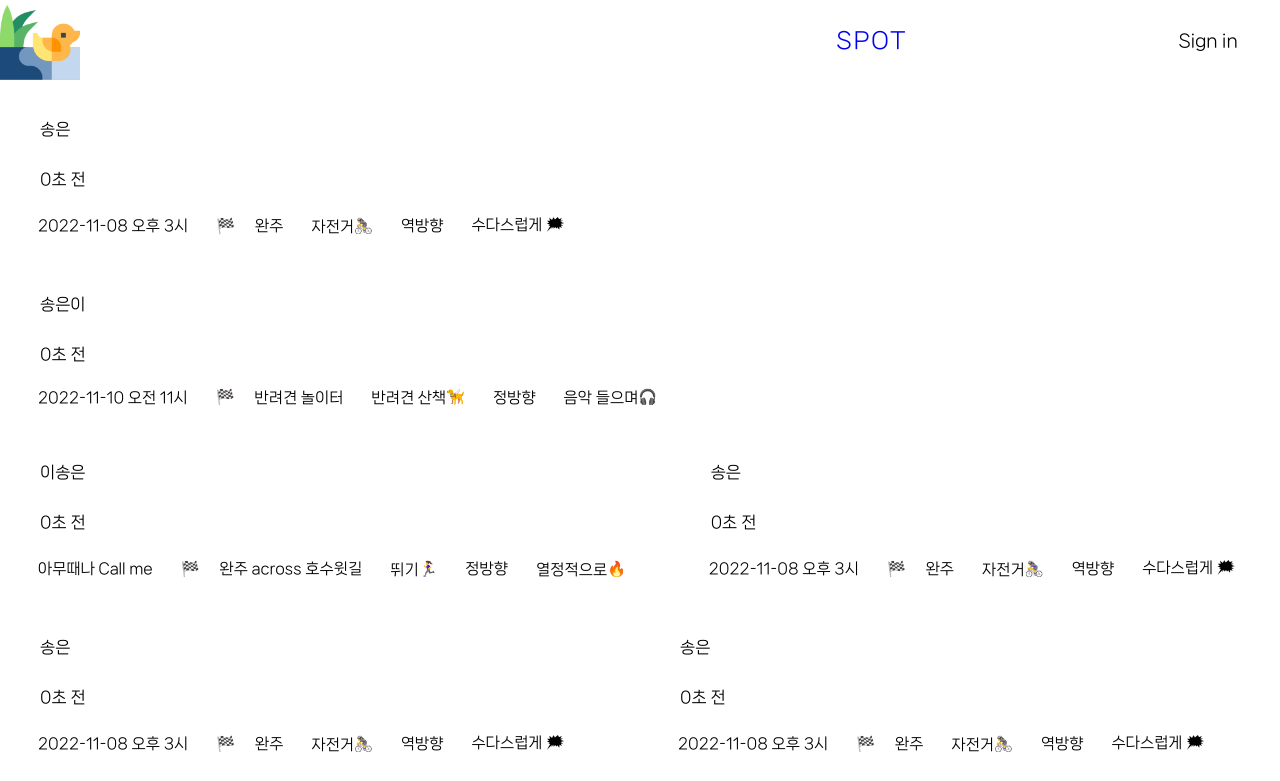
Repository: songeunleee/youngrangho
Page: /
These files come from the project's save history. The page is drawn as it stood at one moment and after a run of saves; the edit follows.
The browser window is 1280 px wide. The pictures show the whole page.
Some web libraries are served in a nearby version. The project was rebuilt for these pictures with package versions that can differ from the ones it lists, and the page was loaded fresh each time. Some packages were replaced by stand-ins written for this rebuild. Also part of the build but not shown: src/app.module.css, src/components/activity/activity.module.css, src/components/footer/footer.module.css, src/components/footer/footer.jsx, src/components/home/home.module.css, src/components/home/home.jsx, src/components/add_spot/add_spot.module.css, src/components/add_spot/add_spot.jsx and 6 more.

Above is the page before, as saved 2022-11-08 19:05:56.

### public/index.html
<!DOCTYPE html>
<html lang="en">
  <head>
    <meta charset="utf-8" />
    <script src="https://cdn.jsdelivr.net/npm/sweetalert2@10"></script>
    <script
      src="https://kit.fontawesome.com/7fb71a1d7b.js"
      crossorigin="anonymous"
    ></script>
    <link rel="icon" href="%PUBLIC_URL%/favicon.ico" />
    <meta name="viewport" content="width=device-width, initial-scale=1" />
    <meta name="theme-color" content="#000000" />
    <link rel="preconnect" href="https://fonts.googleapis.com" />
    <link rel="preconnect" href="https://fonts.gstatic.com" crossorigin />
    <link
      href="https://fonts.googleapis.com/css2?family=Noto+Sans+KR:wght@100;300;400&family=Noto+Serif+KR:wght@200;400&family=Varela+Round&display=swap"
      rel="stylesheet"
    />

    <meta
      name="description"
      content="Web site created using create-react-app"
    />
    <link rel="apple-touch-icon" href="%PUBLIC_URL%/logo192.png" />
    <!--
      manifest.json provides metadata used when your web app is installed on a
      user's mobile device or desktop. See https://developers.google.com/web/fundamentals/web-app-manifest/
    -->
    <link rel="manifest" href="%PUBLIC_URL%/manifest.json" />
    <!--
      Notice the use of %PUBLIC_URL% in the tags above.
      It will be replaced with the URL of the `public` folder during the build.
      Only files inside the `public` folder can be referenced from the HTML.

      Unlike "/favicon.ico" or "favicon.ico", "%PUBLIC_URL%/favicon.ico" will
      work correctly both with client-side routing and a non-root public URL.
      Learn how to configure a non-root public URL by running `npm run build`.
    -->
    <title>React App</title>
  </head>
  <body>
    <noscript>You need to enable JavaScript to run this app.</noscript>
    <div id="root"></div>
    <!--
      This HTML file is a template.
      If you open it directly in the browser, you will see an empty page.

      You can add webfonts, meta tags, or analytics to this file.
      The build step will place the bundled scripts into the <body> tag.

      To begin the development, run `npm start` or `yarn start`.
      To create a production bundle, use `npm run build` or `yarn build`.
    -->
  </body>
</html>

### src/index.js
import React from "react";
import ReactDOM from "react-dom/client";
import "./index.css";
import App from "./app";
import { firebaseApp } from "./service/firebase";
import AuthService from "./service/auth_service";
import FileUpload from "./service/file_upload";
import Repository from "./service/repositiry";

const repository = new Repository(firebaseApp);
const fileUpload = new FileUpload(firebaseApp);
const authService = new AuthService(firebaseApp);

const root = ReactDOM.createRoot(document.getElementById("root"));
root.render(
  <React.StrictMode>
    <App
      authService={authService}
      fileUpload={fileUpload}
      repository={repository}
    />
  </React.StrictMode>
);

### src/index.css
@font-face {
  font-family: "font1";
  src: url("../public/fonts/NanumSquareNeo-aLt.ttf") format("truetype");
  font-weight: normal;
}

@font-face {
  font-family: "font2";
  src: url("../public/fonts/NanumSquareNeo-bRg.ttf") format("truetype");
  font-weight: bold;
}

@font-face {
  font-family: "font3";
  src: url("../public/fonts/NanumSquareNeo-cBd.ttf") format("truetype");
  font-weight: bold;
}

@font-face {
  font-family: "font4";
  src: url("../public/fonts/NanumSquareNeo-eHv.ttf") format("truetype");
  font-weight: bold;
}
body {
  margin: 0;
  font-family: -apple-system, BlinkMacSystemFont, "Segoe UI", "Roboto", "Oxygen",
    "Ubuntu", "Cantarell", "Fira Sans", "Droid Sans", "Helvetica Neue",
    sans-serif;
  -webkit-font-smoothing: antialiased;
  -moz-osx-font-smoothing: grayscale;
  height: 100%;
}

code {
  font-family: source-code-pro, Menlo, Monaco, Consolas, "Courier New",
    monospace;
}
html {
}
#root {
  margin: 0;
  display: flex;
  flex-direction: column;
  height: 100%;
}

### src/app.jsx
import { useEffect, useState } from "react";
import { BrowserRouter, Route, Routes } from "react-router-dom";
import styles from "./app.module.css";
import Activity from "./components/activity/activity";
import Footer from "./components/footer/footer";
import Header from "./components/header/header";
import Home from "./components/home/home";
import Spot from "./components/spot/spot";

function App({ authService, fileUpload, repository }) {
  const [user, setUser] = useState(null);

  const getUser = (user) => {
    setUser(user);
  };

  useEffect(() => {
    authService.onAuthChange((user) => {
      if (user) {
        setUser(user);
      } else {
      }
    });
  }, [authService]);

  return (
    <>
      <BrowserRouter>
        <Header authService={authService} getUser={getUser} user={user} />
        <Routes>
          <Route
            path="/"
            element={<Activity authService={authService} user={user} />}
          />
          <Route
            path="/activity"
            element={<Activity authService={authService} user={user} />}
          />
          <Route
            path="/spot"
            element={
              <Spot
                authService={authService}
                user={user}
                fileUpload={fileUpload}
                repository={repository}
              />
            }
          />
        </Routes>
      </BrowserRouter>
    </>
  );
}

export default App;

### src/service/firebase.js
import { initializeApp } from "firebase/app";

const firebaseConfig = {
  apiKey: "AIzaSyA1QsOldBRNtAOG8_cfGoyHxB8PmdZT3xA",
  authDomain: "youngrangho-d9473.firebaseapp.com",
  projectId: "youngrangho-d9473",
  storageBucket: "youngrangho-d9473.appspot.com",
  messagingSenderId: "558891074778",
  appId: "1:558891074778:web:a513dfcb578ca1084111e3",
  measurementId: "G-VKW34V7D4J",
};

export const firebaseApp = initializeApp(firebaseConfig);

### src/service/auth_service.js
import {
  getAuth,
  signInWithPopup,
  GoogleAuthProvider,
  onAuthStateChanged,
} from "firebase/auth";
class AuthService {
  constructor() {
    this.auth = getAuth();
    this.provider = new GoogleAuthProvider();
  }
  signin() {
    return signInWithPopup(this.auth, this.provider);
  }

  signout() {
    const auth = getAuth();
    auth.signOut();
  }

  onAuthChange(onUserChanged) {
    const auth = getAuth();
    return onAuthStateChanged(auth, (user) => {
      onUserChanged(user);
    });
  }
}
export default AuthService;

### src/service/file_upload.js
import { getStorage, ref, uploadBytes, getDownloadURL } from "firebase/storage";

class FileUpload {
  constructor() {
    this.storage = getStorage();
  }

  async upload(file) {
    this.storageRef = ref(this.storage, `spot/${file.name}`);
    const img = await uploadBytes(this.storageRef, file);
    return getDownloadURL(ref(this.storage, img.ref.fullPath));
  }
}

export default FileUpload;

### src/service/repositiry.js
import {
  getDatabase,
  ref,
  set,
  remove,
  onValue,
  off,
  update,
} from "firebase/database";

class Repository {
  constructor() {
    this.db = getDatabase();
  }

  syncSpots(userId, onUpdate) {
    const query = ref(this.db, `spots`);
    onValue(query, (snapshot) => {
      const value = snapshot.val();
      value && onUpdate(value);
    });
    return () => off(query);
  }

  saveSpot(userId, spot) {
    set(ref(this.db, `spots/${spot.id}`), spot);
  }
  removeSpot(userId, spot) {
    const spotRef = ref(this.db, `spots/${spot.id}`);
    remove(spotRef);
  }
}
export default Repository;

### src/components/activity/activity.jsx
import { set } from "firebase/database";
import React from "react";
import { useState } from "react";
import { useEffect } from "react";
import { useLocation } from "react-router-dom";
import ActivityList from "../activity_list/activity_list";
import Header from "../header/header";
import styles from "./activity.module.css";

const Activity = ({ authService, user }) => {
  const [cards, setCards] = useState({
    1: {
      id: 1,
      author: "송은",
      createTime: Date.now(),
      appointment: "2022-11-08 오후 3시",
      mean: "자전거🚴‍♀️",
      course: "역방향",
      goal: "완주",
      mode: "수다스럽게 🗯",
    },
    2: {
      id: 2,
      author: "송은이",
      createTime: Date.now(),
      appointment: "2022-11-10 오전 11시",
      mean: "반려견 산책🦮",
      course: "정방향",
      goal: "반려견 놀이터",
      mode: "음악 들으며🎧",
    },
    3: {
      id: 3,
      author: "이송은",
      createTime: Date.now(),
      appointment: "아무때나 Call me",
      mean: "뛰기🏃‍♀️",
      course: "정방향",
      goal: "완주 across 호수윗길",
      mode: "열정적으로🔥",
    },
    4: {
      id: 4,
      author: "송은",
      createTime: Date.now(),
      appointment: "2022-11-08 오후 3시",
      mean: "자전거🚴‍♀️",
      course: "역방향",
      goal: "완주",
      mode: "수다스럽게 🗯",
    },
    5: {
      id: 5,
      author: "송은",
      createTime: Date.now(),
      appointment: "2022-11-08 오후 3시",
      mean: "자전거🚴‍♀️",
      course: "역방향",
      goal: "완주",
      mode: "수다스럽게 🗯",
    },
    6: {
      id: 6,
      author: "송은",
      createTime: Date.now(),
      appointment: "2022-11-08 오후 3시",
      mean: "자전거🚴‍♀️",
      course: "역방향",
      goal: "완주",
      mode: "수다스럽게 🗯",
    },
  });
  console.log(cards);
  return <ActivityList cards={cards} />;
};
export default Activity;

### src/components/header/header.jsx
import React, { useEffect } from "react";
import { useState } from "react";
import { Link, useLocation } from "react-router-dom";
import styles from "./header.module.css";

const Header = ({ authService, getUser, user }) => {
  const location = useLocation().pathname;

  const isSpot = (location) => {
    return location === "/spot" ? true : false;
  };
  console.log(isSpot(location));
  const onSignin = () => {
    authService.signin().then((data) => getUser(data.user));
  };

  const onSignout = () => {
    authService.signout();
    getUser(null);
  };

  return (
    <header className={styles.header}>
      <Link
        className={`${styles.logolink} ${
          !isSpot(location) ? styles.activity : null
        } `}
        to={"/"}
      >
        <img className={styles.logo} src="./images/duck (1).png" alt="" />
      </Link>
      <Link
        className={`${styles.link} ${
          !isSpot(location) ? styles.activity : null
        }`}
        to={"/activity"}
      >
        ACTIVITY
      </Link>
      <Link
        className={`${styles.link} ${isSpot(location) ? styles.spot : null}`}
        to={"/spot"}
      >
        SPOT
      </Link>

      {user ? (
        <div className={styles.signIn}>
          <img className={styles.img} src={user.photoURL} alt="" />
          <p className={styles.name}>{user.displayName}</p>
          <button
            className={`${styles.button} ${styles.sign}`}
            onClick={onSignout}
          >
            Sign out
          </button>
        </div>
      ) : (
        <button className={`${styles.button}`} onClick={onSignin}>
          Sign in
        </button>
      )}
    </header>
  );
};

export default Header;

### src/components/activity_list/activity_list.jsx
import React from "react";
import ActivityItem from "../activity_item/activity_item";
import styles from "./activity_list.module.css";

const ActivityList = ({ cards, user }) => {
  return (
    <section className={styles.list}>
      {Object.keys(cards).map((key) => (
        <ActivityItem key={key} card={cards[key]} user={user} />
      ))}
    </section>
  );
};

export default ActivityList;

### src/components/header/header.module.css
@value mainBlue, mainLightBlue,sideBlue, textWhite from '../../common/colors.css';
@value mediaQuery from '../../common/size.css';

.header {
  display: flex;
  height: 5rem;
  align-items: center;
  position: relative;
}
.logolink {
  height: 100%;
}

.logolink.activity {
  background-color: white;
}
.logo {
  height: 100%;

  transition: all 150ms ease-in;
}

.logo:hover {
  background-color: mainBlue;
}
.link {
  height: 100%;
  display: flex;
  justify-content: center;
  align-items: center;
  flex: 0.8;
  text-decoration: none;
  color: mainBlue;
  font-size: 1.4rem;
  font-family: "font2";
  letter-spacing: 2px;
  font-weight: 500;
  text-align: center;
  transition: letter-spacing 150ms ease-in;
}

.link.spot {
  background-color: mainBlue;
  color: white;
}

.link.activity {
  background-color: mainBlue;
  color: white;
}

.signIn {
  flex: 0.4;
  display: flex;
  justify-content: center;
  align-items: center;
  padding-left: 0.5rem;
  padding-right: 0.5rem;
}

.img {
  border-radius: 50%;
  width: 50px;
  height: 50px;
}

.name {
  padding-left: 1rem;
  padding-right: 1rem;
  font-family: "font3";
  color: sideBlue;
}

.button.sign {
  flex: 0.6;
  width: 100%;
}

.button {
  font-size: 1.1rem;
  font-weight: 500;
  font-family: "font2";
  flex: 0.2;
  background: none;
  cursor: pointer;
  border: none;
  color: mainBlue;
  transition: letter-spacing 250ms ease-in;
}

.link:hover {
  letter-spacing: 0;
}

.button:hover {
  letter-spacing: 1px;
}

@media screen and (max-width: mediaQuery) {
  .name {
    display: none;
  }
  .img {
    display: none;
  }
  .logolink {
    display: none;
  }
}

### src/components/activity_item/activity_item.jsx
import React from "react";
import styles from "./activity_item.module.css";

const ActivityItem = ({ card }) => {
  const { id, author, createTime, appointment, mean, course, goal, mode } =
    card;

  const publishedAt = (publishedAt) => {
    const now = new Date();
    const time = new Date(publishedAt);

    const t = (now - time) / 1000;

    if (t < 60) return Math.floor(t) + "초 전";
    const tm = t / 60;
    if (tm < 60) return Math.floor(tm) + "분 전";
    const th = tm / 60;
    if (th < 24) return Math.floor(th) + "시간 전";
    const td = th / 24;
    if (td < 8) return Math.floor(td) + "일 전";
    const tw = td / 7;
    if (tw < 5) return Math.floor(tw) + "주 전";
    const tmon = td / 30;
    if (tw < 30) return Math.floor(tmon) + "달 전";
    const ty = td / 365;
    return Math.floor(ty) + "년 전";
  };

  return (
    <section className={styles.card}>
      <div className={styles.info}>
        <p className={styles.author}>{author}</p>
        <p className={styles.createTime}>{publishedAt(Date(createTime))}</p>
      </div>
      <div className={styles.contentBox}>
        <div className={styles.content}>
          {appointment && (
            <div className={`${styles.chip} ${styles.appointment}`}>
              {appointment}
              <i
                className={`fa-solid fa-circle-xmark ${styles.chipDelete}`}
              ></i>
            </div>
          )}

          {goal && (
            <div className={`${styles.chip} ${styles.goal}`}>
              <div className={styles.G}>🏁</div>
              {goal}
              <i
                className={`fa-solid fa-circle-xmark ${styles.chipDelete}`}
              ></i>
            </div>
          )}
          {mean && (
            <div className={`${styles.chip} ${styles.mean}`}>
              {mean}
              <i
                className={`fa-solid fa-circle-xmark ${styles.chipDelete}`}
              ></i>
            </div>
          )}
          {course && (
            <div className={`${styles.chip} ${styles.course}`}>
              {course}
              <i
                className={`fa-solid fa-circle-xmark ${styles.chipDelete}`}
              ></i>
            </div>
          )}
          {mode && (
            <div className={`${styles.chip} ${styles.mode}`}>
              {mode}
              <i
                className={`fa-solid fa-circle-xmark ${styles.chipDelete}`}
              ></i>
            </div>
          )}
        </div>
      </div>
    </section>
  );
};

export default ActivityItem;

### src/components/activity_list/activity_list.module.css
.list {
  display: flex;
  flex-wrap: wrap;
  margin-top: 0.5rem;
}

### src/components/activity_item/activity_item.module.css
@value mainBlue,mainLightBlue,sideBlue,textWhite from '../../common/colors.css';

* {
  font-family: font2;
}

.card {
  display: flex;
  flex-direction: column;
  border: 1px mainLightBlue solid;
  margin: 0.5rem 1rem;
  padding: 0.5rem 0.5rem;
  flex-grow: 1;
  height: auto;
  border-radius: 18px;
}
.info {
}
.author {
  margin: 0;
  padding: 1rem;
}
.createTime {
  margin: 0.5rem;
  padding: 0.5rem;
  border-bottom: 1px dashed mainBlue;
}

.contentBox {
  display: flex;
  flex: 1;
  align-items: center;
}
.content {
  display: flex;
  flex-wrap: wrap;
}
.chip {
  font-size: 15px;
  flex-wrap: nowrap;
  background-color: mainLightBlue;
  width: fit-content;
  border-radius: 18px;
  padding: 5px 10px;
  margin: 0.25rem 0.25rem;
  display: flex;
  align-items: center;
  cursor: pointer;
  transition: transform 200ms ease-in;
}

.chip.appointment {
  background-color: mainBlue;
}

.chip.goal {
  padding-top: 0;
  padding-bottom: 0;
}

.G {
  position: relative;
  background-color: sideBlue;
  border-radius: 18px;
  padding-top: 5px;
  padding-bottom: 5px;
  padding-right: 10px;
  padding-left: 10px;
  right: 10px;
}

.chip:hover {
}
.chipDelete {
  display: none;
  color: rgb(255, 255, 255);
  margin-left: 0.3rem;
  opacity: 0.9;
  border: none;
}

After the next 2 saves:
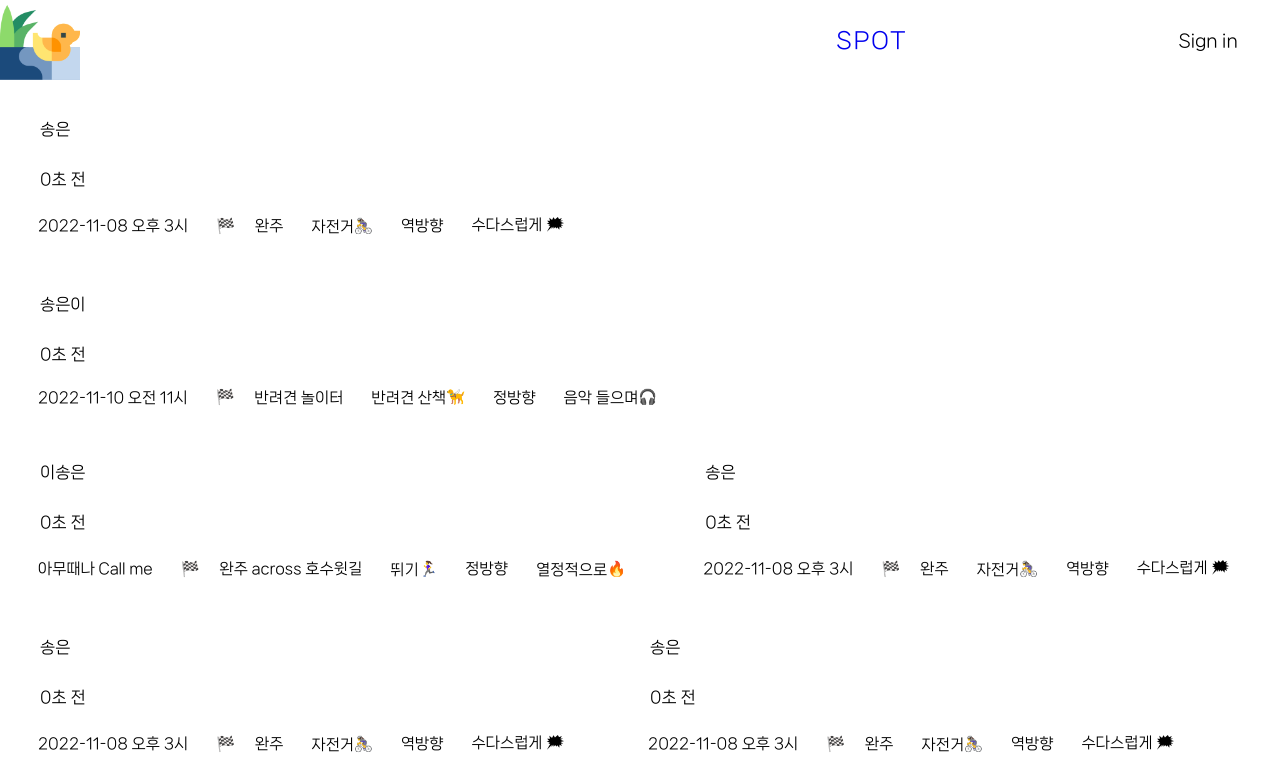
The 2 saves are shown as one change because they came seconds apart.
The last was saved 7 s later.
--- a/src/components/activity_item/activity_item.module.css
+++ b/src/components/activity_item/activity_item.module.css
@@ -10,7 +10,7 @@
   border: 1px mainLightBlue solid;
   margin: 0.5rem 1rem;
   padding: 0.5rem 0.5rem;
-  flex-grow: 1;
+  flex-grow: 0.1;
   height: auto;
   border-radius: 18px;
 }
